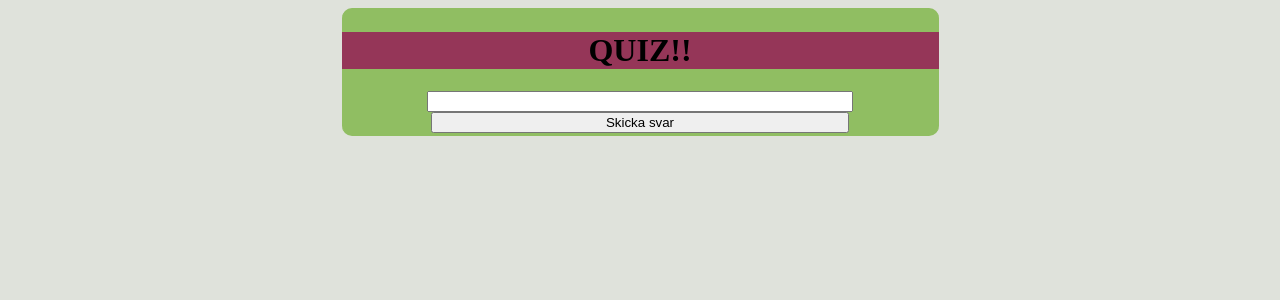
Repository: vr222bt/1dv403-laborationer
Page: 4-thequiz/index.html
The author's editor kept a record of every edit. The page is drawn from the files as they stood at one moment, then again after the next edit.
The browser window is 1280 px wide. The pictures show the whole page.
The page's requests for data from a server got no answer.

Above is the page before.

### 4-thequiz/index.html
<!doctype html>
<html>
    <head>
        <meta charset="utf-8" />
        <title>Quiz time!</title>
        <link rel="stylesheet" href="style.css" />

    </head>
    <body>
        <div id="container">
            <header>
                <h1>Quiz!!</h1>
            </header>
            <main>
                <form>

                    <input type="text" id="answer">
                    <input type="button" id="button" value="Skicka svar">
                </form>
            </main>
        </div>
        <script type="text/javascript" src="quiz.js"></script>
    </body>
</html>

### 4-thequiz/style.css
body
    {
        background-color: #DFE2DB;
    }
#container
        {
            max-width: 597px;
            border-style: solid;
            border-width: 3px;
            border-color: #90BE62;
            border-radius: 10px ;
            border-left-width: 0px;
            border-right-width: 0px;
            margin-right: auto;
            margin-left: auto;
            background-color: #90BE62;

        }

h1
    {
        text-align: center;
        text-transform: uppercase;
        background-color: #953658;
    }

h2
    {
        text-align: center;
    }




input
        {
            width: 70%;
            display: block;
            margin-right: auto;
            margin-left: auto;
        }

.error
        {
            width: 70%;
            margin-right: auto;
            margin-left: auto;
            margin-bottom: 0;
            font-size: 14px;
            color: red;
        }

#question
        {
            text-align: center;
            width: 70%;
            margin-right: auto;
            margin-left: auto;
            margin-bottom: 0;
            font-size: 22px;
        }

table
        {
             width: 70%;
            margin-right: auto;
            margin-left: auto;
            margin-top: 10px;
            border-style: solid;
            border-width: 3px;
            border-color: black;
        }

tr, td
    {
            border-style: solid;
            border-width: 1px;
            border-color: black;
    }

### 4-thequiz/quiz.js
"use strict";


var Quiz = {
    newURL: "http://vhost3.lnu.se:20080/question/1",
    guesses: 0,
    totalGuesses: [],

    init: function(){
        Quiz.getQuestion();
    },
    render: function(response){

        var question = document.querySelector("#question");
        question.innerHTML = response.question;

    },
    getQuestion: function(){
        var xhr = new XMLHttpRequest();

        xhr.onreadystatechange = function (){
            if (xhr.readyState === 4) {
                if (xhr.status == 200) {
                    var response = JSON.parse(xhr.responseText);
                    console.log(response);
                    Quiz.render(response);
                    Quiz.newURL = response.nextURL;
                    var button = document.querySelector("#button");
                    button.onclick = function(e){
                        e.preventDefault();
                        Quiz.sendAnswer(response);
                    };
                    var textarea = document.querySelector("#answer");
                    textarea.onkeypress = function(e){
                      if (!e) {
                          e = window.event;
                          }
                      if (e.keyCode === 13) {
                          e.preventDefault();
                          Quiz.sendAnswer(response);
                      }
                    };
                }
            }

        };

        xhr.open("GET", Quiz.newURL , true);

        xhr.send(null);


    },
    sendAnswer: function(response){
        var xhr = new XMLHttpRequest();

        xhr.onreadystatechange = function(){
            if (xhr.readyState === 4 ) {
                if (xhr.status === 200) {
                    Quiz.guesses += 1;
                    Quiz.totalGuesses.push(Quiz.guesses);
                    Quiz.guesses = 0;
                    console.log(Quiz.totalGuesses);
                    var newResponse = JSON.parse(xhr.responseText);
                    console.log(newResponse);
                    Quiz.correctMessage(answer);
                    Quiz.newURL = newResponse.nextURL;
                    Quiz.getQuestion();
                    if (newResponse.nextURL === undefined) {
                        Quiz.scoreScreen();
                        alert("du vann");
                    }

                }
                if (xhr.status === 400) {
                    Quiz.guesses += 1;
                    Quiz.wrongMessage(answer);
                }
                else{
                    var newResponse2 = JSON.parse(xhr.responseText);
                    console.log(newResponse2);
                }

            }
        };
        xhr.open("POST", Quiz.newURL, true);
        xhr.setRequestHeader("Content-Type", "application/json;charset=UTF-8");
        var answer = document.querySelector("#answer").value;
        console.log(answer);
        var rply = {
            id: 1,
            answer: answer,
        };
        xhr.send(JSON.stringify(rply));

    },
    correctMessage: function(answer){
        document.querySelector("#button").classList.remove("error");
        var pError = document.querySelector("#error");
        pError.innerHTML = "";

    },
    wrongMessage: function(answer){
        document.querySelector("#button").className = "error";
        var p = document.querySelector("#error");
        p.className = "error";
        p.innerHTML = "Fel svar (" + answer +")";

    },
    scoreScreen: function(){
        var main = document.querySelector("main");
        var header = document.createElement("h2");
        header.innerHTML = "Resultat:";

        main.appendChild(header);
        var table = document.createElement("table");
        var tbody = document.createElement("tbody");
        table.appendChild(tbody);

        for (var i = 0; i < 2; i++) {
            var tr = document.createElement("tr");
            tbody.appendChild(tr);
            for (var j = 0; j < Quiz.totalGuesses.length + 1; j++) {
                        var td = document.createElement("td");
                        if (j === 0 && i === 0) {
                            td.innerHTML = "Fråga";
                        }
                        else if (i === 0) {
                            td.innerHTML = j;
                        }
                        else {
                            if (j === 0 && i === 1) {
                                td.innerHTML = "Försök";
                            }
                            else{
                                td.innerHTML = Quiz.totalGuesses[j - 1];
                            }

                        }


                        tr.appendChild(td);
            }
        }

        main.appendChild(table);

    }
};

window.onload = Quiz.init;

After the next edit:
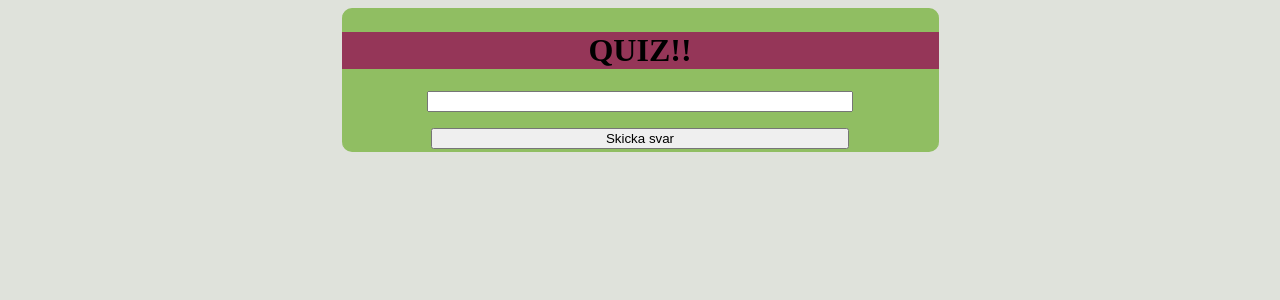
The edit:
--- a/4-thequiz/index.html
+++ b/4-thequiz/index.html
@@ -13,8 +13,13 @@
             </header>
             <main>
                 <form>
+                    <p id="question" >
 
+                    </p>
                     <input type="text" id="answer">
+                    <p>
+
+                    </p>
                     <input type="button" id="button" value="Skicka svar">
                 </form>
             </main>

After the edit that followed:
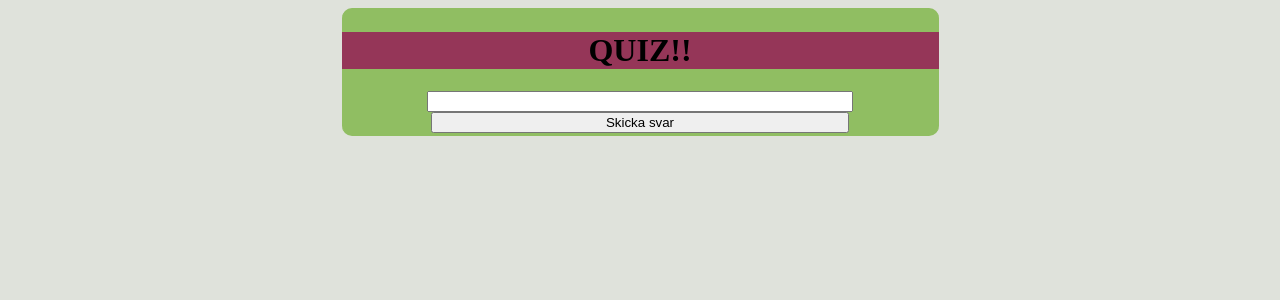
The edit:
--- a/4-thequiz/index.html
+++ b/4-thequiz/index.html
@@ -16,10 +16,11 @@
                     <p id="question" >
 
                     </p>
-                    <input type="text" id="answer">
-                    <p>
+                    <p id="error">
 
                     </p>
+                    <input type="text" id="answer">
+
                     <input type="button" id="button" value="Skicka svar">
                 </form>
             </main>
